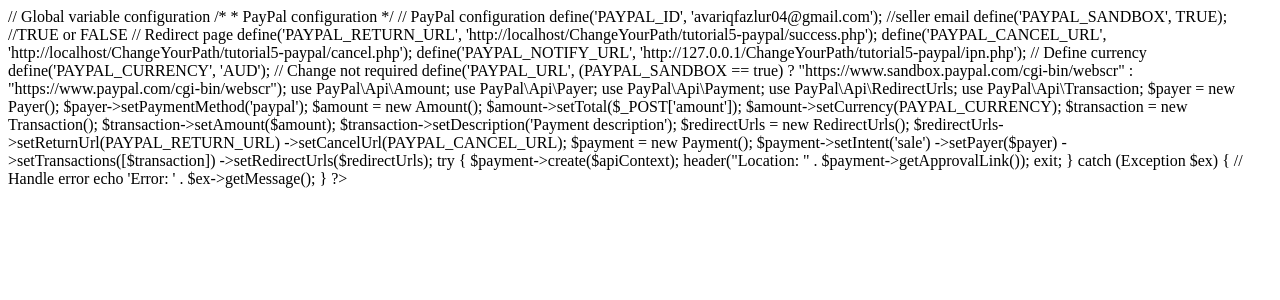
Repository: avariqfr30/assignment2-copy
Page: http://localhost/ChangeYourPath/paypal_payment.php
The author's editor kept a copy of each file at every save. The page is drawn from the files as they stood at one save, then again after a run of saves.
The browser window is 1280 px wide. The pictures show the whole page.
The page is run by PHP 8.4 with error messages shown; the project is at /var/www/html/.

Above is the page before, as saved 2024-09-10 01:06:42.

After the next 3 saves:
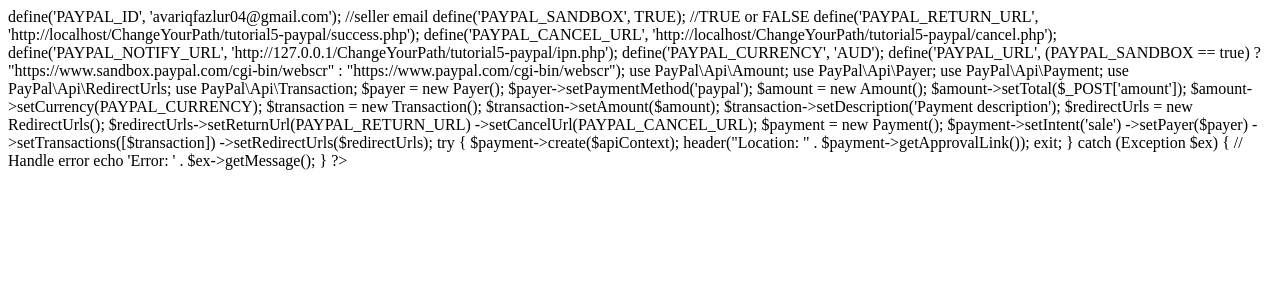
The 3 saves are shown as one change because they came seconds apart.
The last was saved 14 s later.
--- a/paypal_payment.php
+++ b/paypal_payment.php
@@ -1,18 +1,13 @@
-// Global variable configuration
-/*
-* PayPal configuration
-*/
-// PayPal configuration
+
 define('PAYPAL_ID', 'avariqfazlur04@gmail.com'); //seller email
 define('PAYPAL_SANDBOX', TRUE); //TRUE or FALSE
-// Redirect page
+
 define('PAYPAL_RETURN_URL', 'http://localhost/ChangeYourPath/tutorial5-paypal/success.php');
 define('PAYPAL_CANCEL_URL', 'http://localhost/ChangeYourPath/tutorial5-paypal/cancel.php');
 define('PAYPAL_NOTIFY_URL', 'http://127.0.0.1/ChangeYourPath/tutorial5-paypal/ipn.php');
-// Define currency
+
 define('PAYPAL_CURRENCY', 'AUD');
 
-// Change not required
 define('PAYPAL_URL', (PAYPAL_SANDBOX == true) ? "https://www.sandbox.paypal.com/cgi-bin/webscr" : "https://www.paypal.com/cgi-bin/webscr");
 
 use PayPal\Api\Amount;

After the 2 saves that followed:
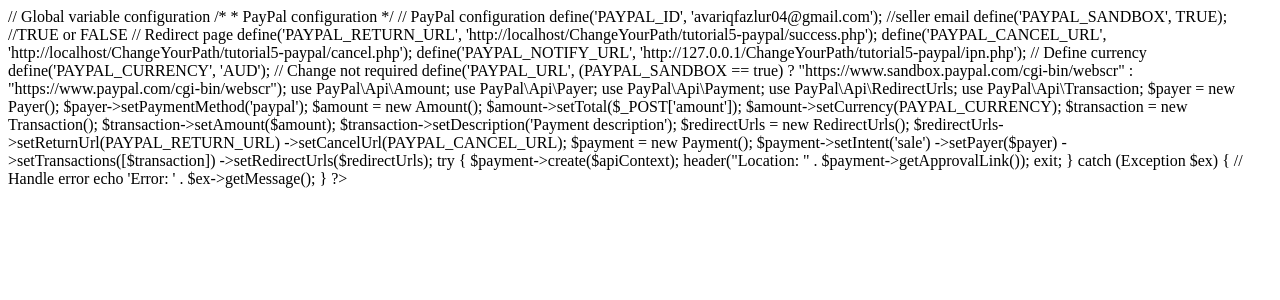
The 2 saves are shown as one change because they came seconds apart.
The last was saved 68 s later.
--- a/paypal_payment.php
+++ b/paypal_payment.php
@@ -1,13 +1,18 @@
-
+// Global variable configuration
+/*
+* PayPal configuration
+*/
+// PayPal configuration
 define('PAYPAL_ID', 'avariqfazlur04@gmail.com'); //seller email
 define('PAYPAL_SANDBOX', TRUE); //TRUE or FALSE
-
+// Redirect page
 define('PAYPAL_RETURN_URL', 'http://localhost/ChangeYourPath/tutorial5-paypal/success.php');
 define('PAYPAL_CANCEL_URL', 'http://localhost/ChangeYourPath/tutorial5-paypal/cancel.php');
 define('PAYPAL_NOTIFY_URL', 'http://127.0.0.1/ChangeYourPath/tutorial5-paypal/ipn.php');
-
+// Define currency
 define('PAYPAL_CURRENCY', 'AUD');
 
+// Change not required
 define('PAYPAL_URL', (PAYPAL_SANDBOX == true) ? "https://www.sandbox.paypal.com/cgi-bin/webscr" : "https://www.paypal.com/cgi-bin/webscr");
 
 use PayPal\Api\Amount;
